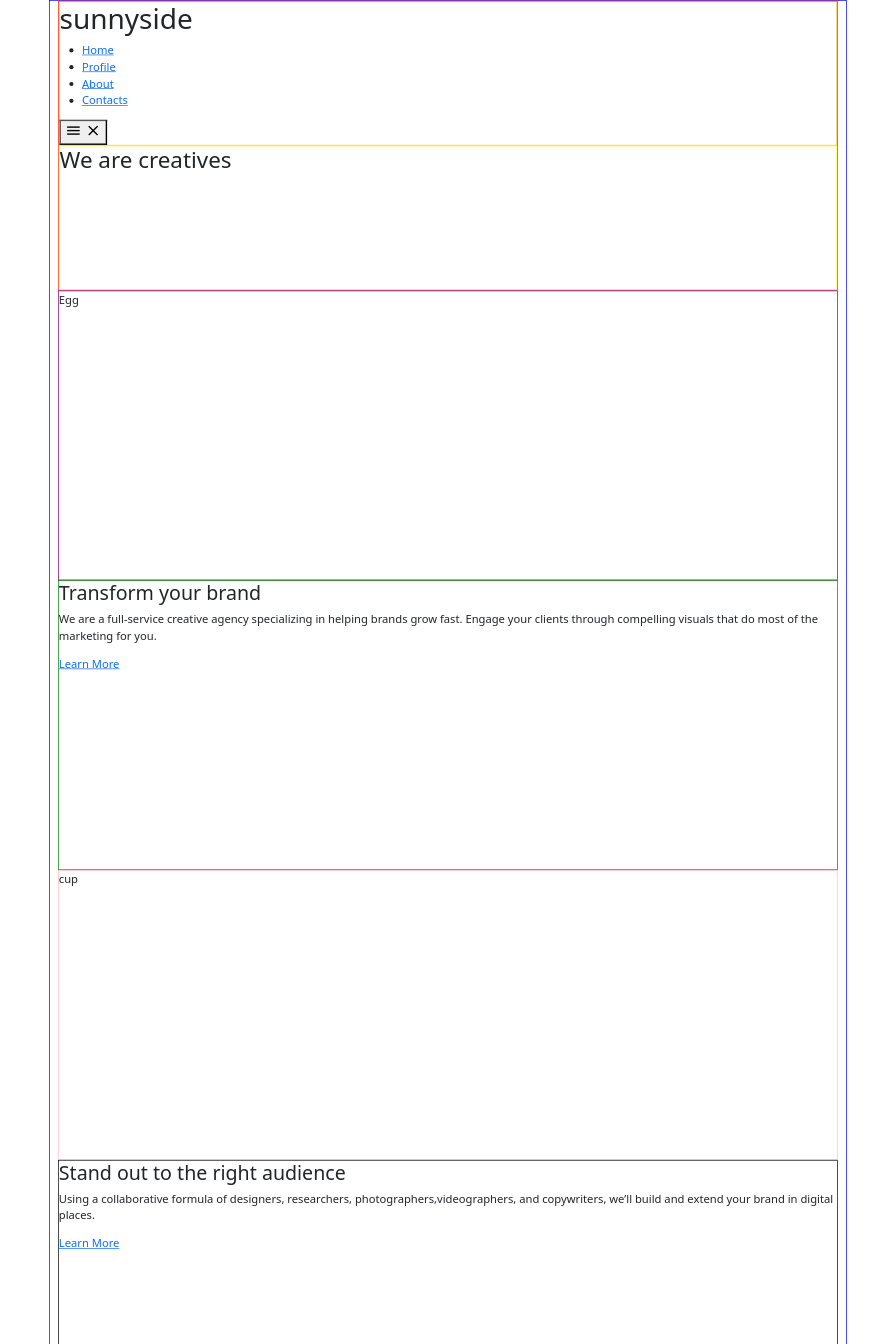
Repository: Roshanell/Sunny-Side-Agency
Page: index.html
The author's editor kept a copy of each file at every save. The page is drawn from the files as they stood at one save, then again after a run of saves.
The browser window is 1280 px wide. The pictures show the part of the page from y = 0 to 1920 px (the page is 4970 px tall before and 4106 px after), at 70% of full size.

Above is the page before, as saved 2022-07-01 13:32:37.

After the next 3 saves:
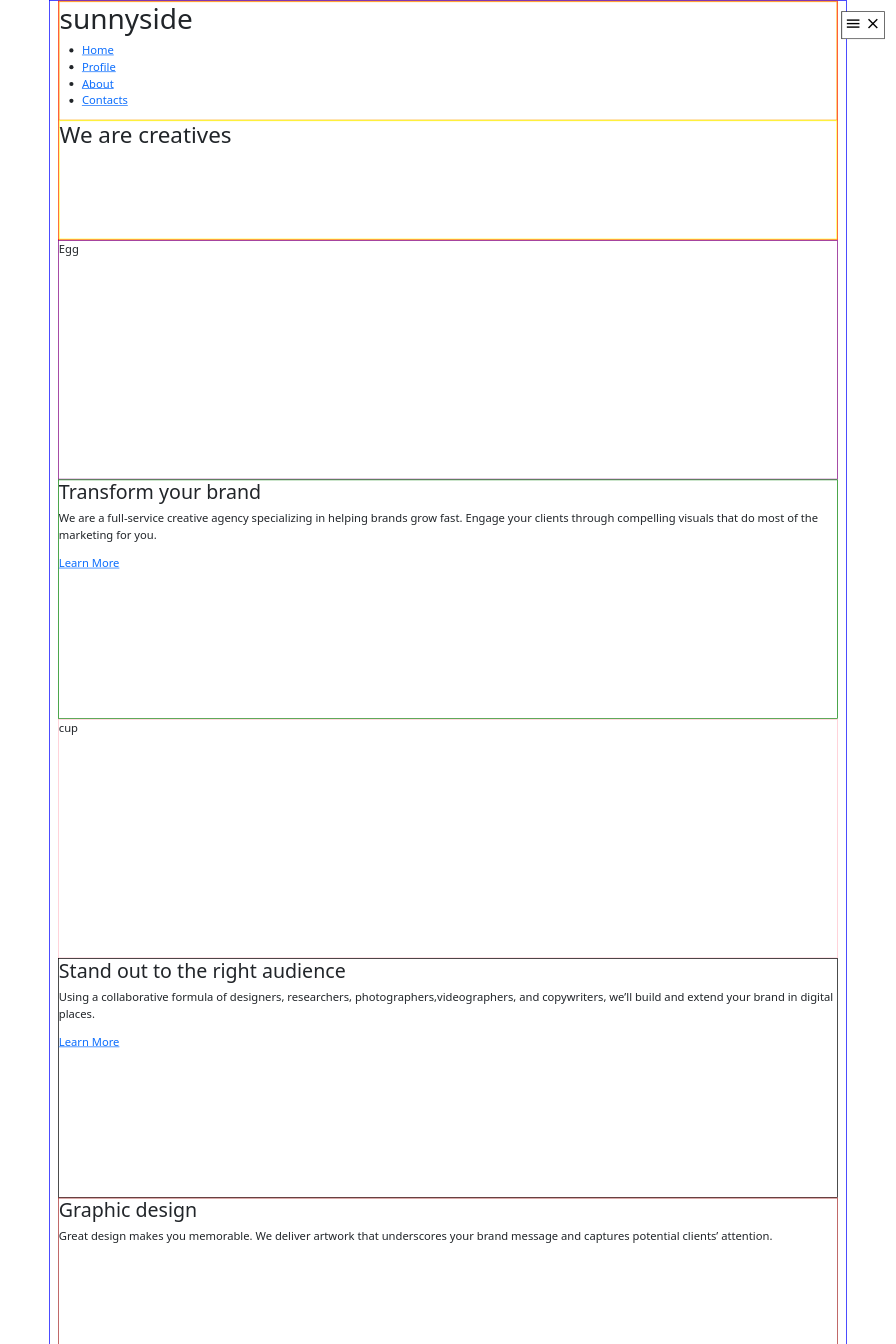
The 3 saves are shown as one change because they came seconds apart.
The last was saved 51 s later.
--- a/css/style.css
+++ b/css/style.css
@@ -20,9 +20,17 @@
 /******************************************
 /* BASE STYLES
 /*******************************************/
-
-
-
+/* hamburger */
+.hamburger {
+  position: fixed;
+  z-index: 100;
+  top: 1rem;
+  right: 1rem;
+  padding: 4px;
+  border: black solid 1px;
+  background: white;
+  cursor: pointer;
+}
 
 body {
 }
